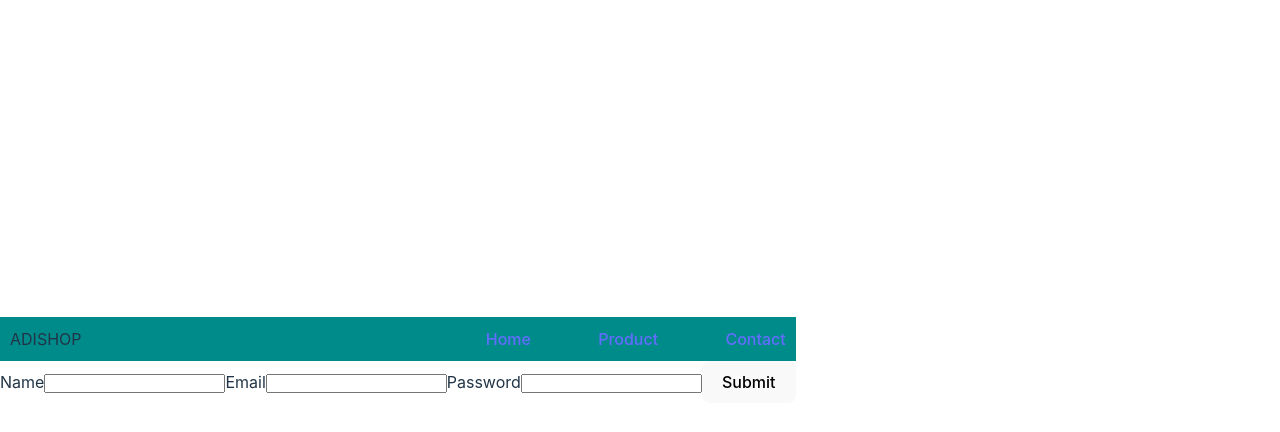
Repository: Aditya0377/React-ecommercewebsite
Page: /contact (app in ecommerce/)
The author's editor kept a copy of each file at every save. The page is drawn from the files as they stood at one save, then again after the next save.
The browser window is 1280 px wide. The pictures show the whole page.
The project was rebuilt for these pictures with package versions that can differ from the ones it lists, and the page was loaded fresh each time. Also part of the build but not shown: ecommerce/vite.config.js, ecommerce/src/components/Home.jsx, ecommerce/src/components/Product.css, ecommerce/src/components/Product.jsx, ecommerce/src/components/Contact.css.

Above is the page before, as saved 2025-01-21 15:44:45.

After the next save:
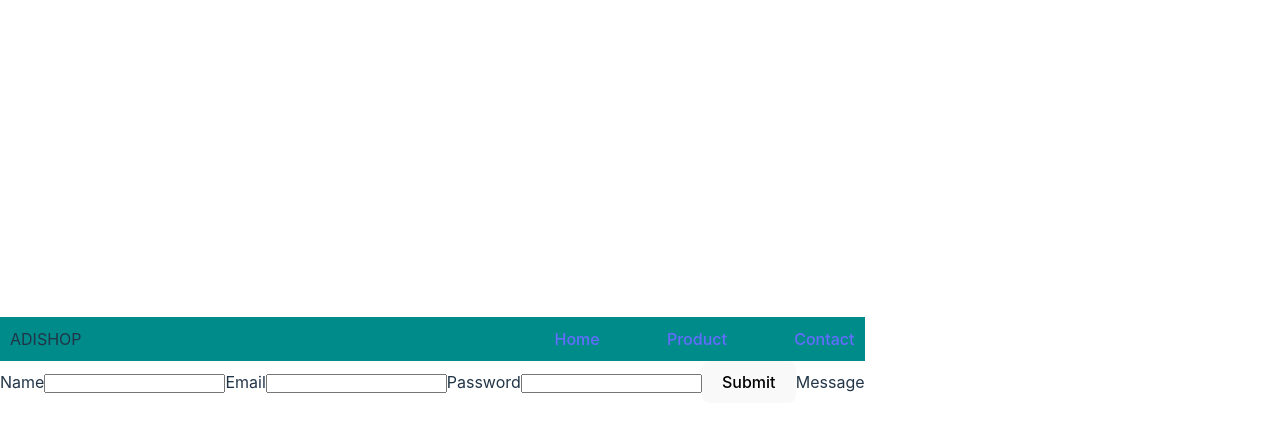
Saved 62 s later.
--- a/ecommerce/src/components/Contact.jsx
+++ b/ecommerce/src/components/Contact.jsx
@@ -11,6 +11,8 @@ const Contact = () => {
                 <label>Password</label>
                 <input type='password' />
                 <button>Submit</button>
+                <label>Message</label>
+                <div className='message'> </div>
             </form>
         </div>
     )
